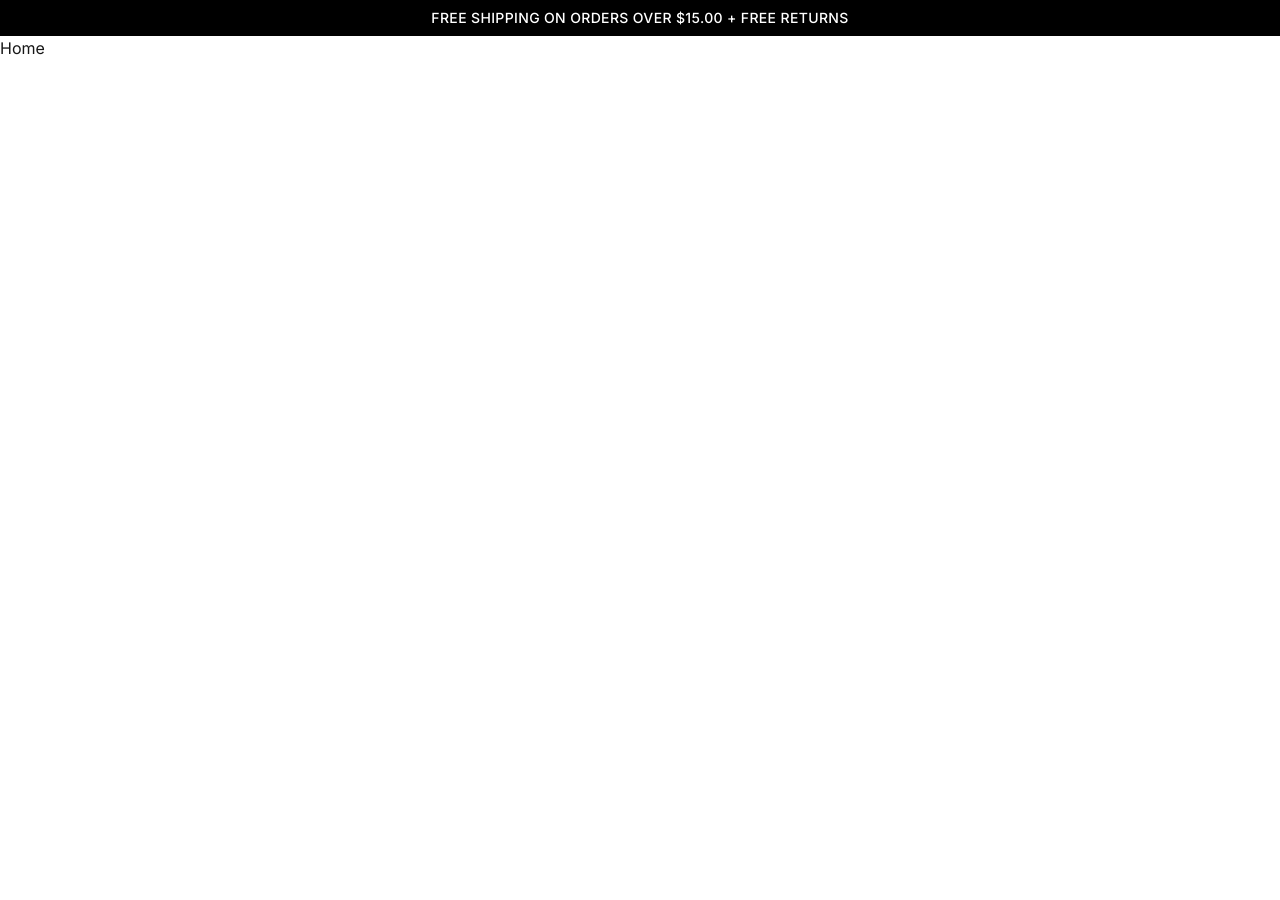
Repository: DiwanMalla/TEMU_CLONE
Page: /
These files come from the project's save history. The page is drawn as it stood at one moment and after the next save; the edit follows.
The browser window is 1280 px wide. The pictures show the whole page.
The project was rebuilt for these pictures with package versions that can differ from the ones it lists, and the page was loaded fresh each time. The framework's server and built-in components were replaced by stand-ins that run in the browser. Also part of the build but not shown: next.config.ts.

Above is the page before, as saved 2025-01-20 22:16:56.

After the next save:
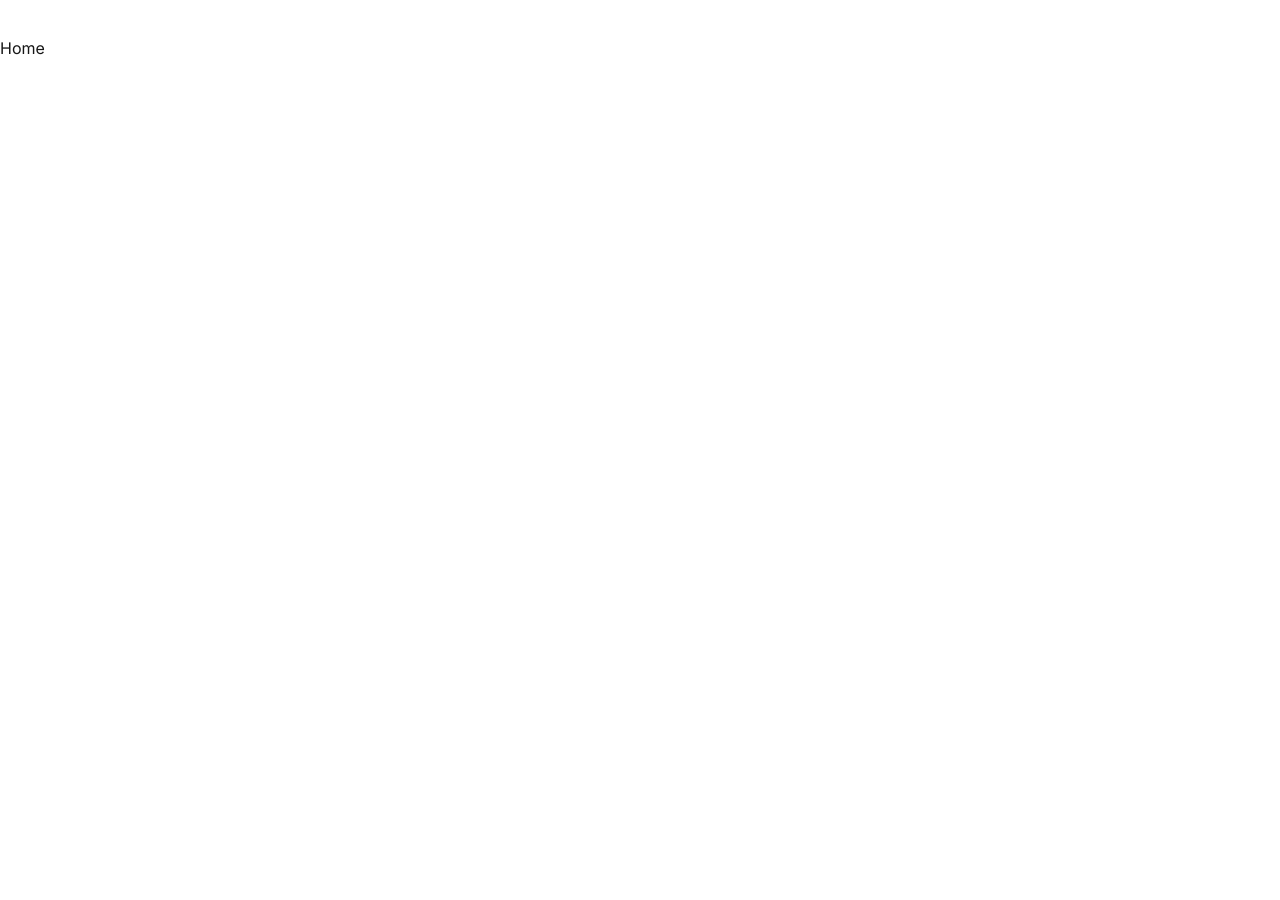
Saved 42 s later.
--- a/components/layout/Header.tsx
+++ b/components/layout/Header.tsx
@@ -36,7 +36,7 @@ const Header = () => {
     <header className="w-full sticky top-0 z-50">
       <div
         className={`w-full transform transition-transform duration-300 ease-in-out ${
-          isOpen ? `translate-y-0` : ""
+          isOpen ? `translate-y-0` : "-translate-y-full"
         }`}
       >
         <AnnounecementBar />

After the save that followed:
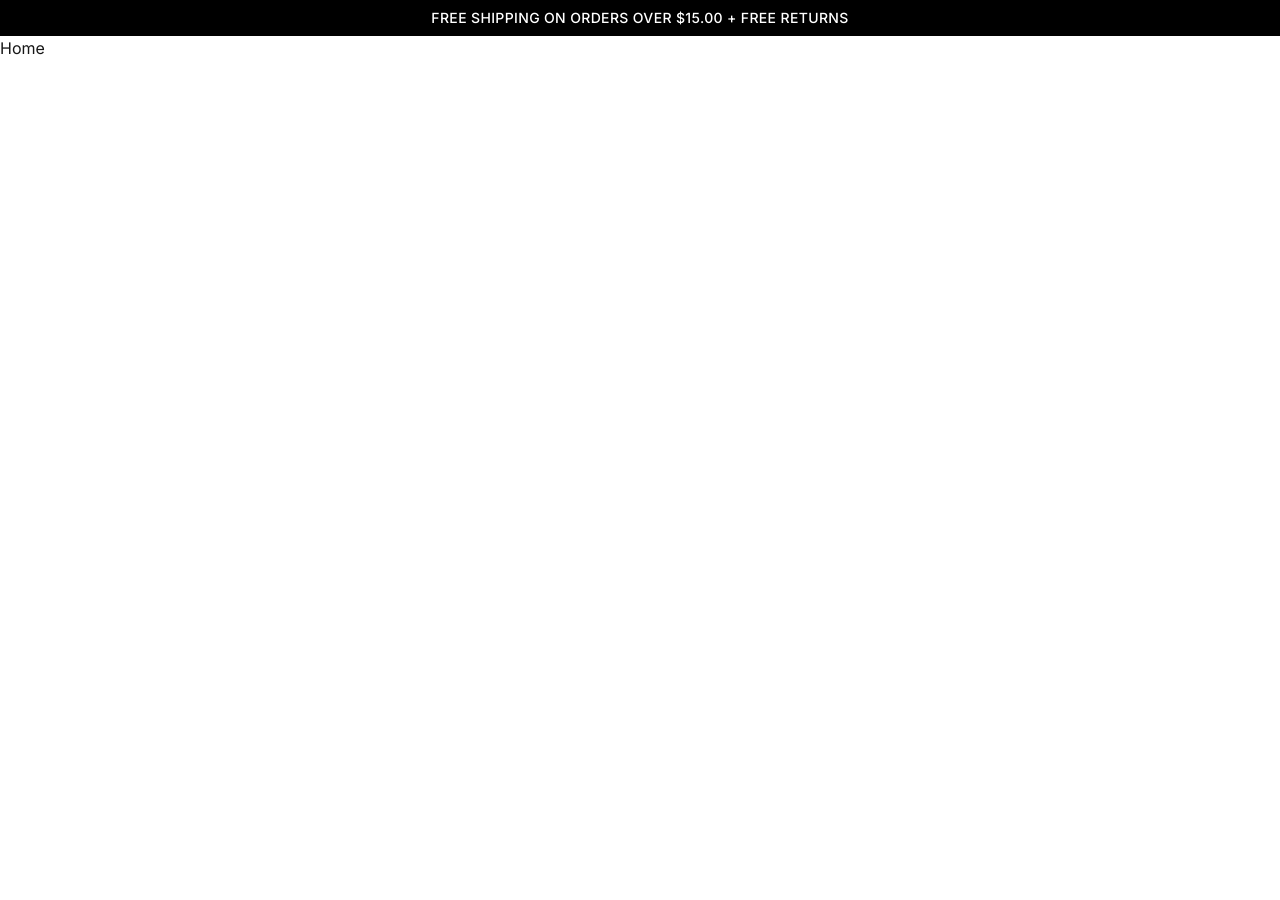
Saved 31 s later.
--- a/components/layout/Header.tsx
+++ b/components/layout/Header.tsx
@@ -31,7 +31,7 @@ const Header = () => {
     return () => {
       window.removeEventListener("scroll", handleScroll);
     };
-  }, []);
+  }, [prevScrollY]);
   return (
     <header className="w-full sticky top-0 z-50">
       <div
